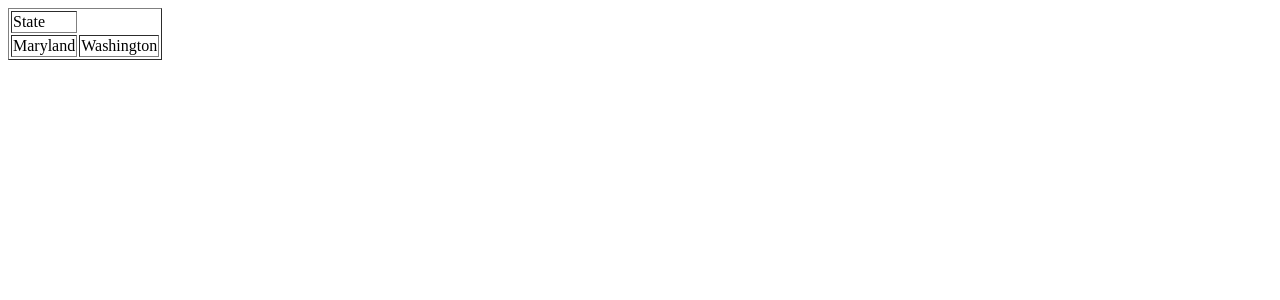
Repository: Kalecia24824/LocalRepo
Page: Front-End/College/Web-Development/Intro Into Web Development/My Own Activites/ListOfPlaces.html
The author's editor kept a record of every edit. The page is drawn from the files as they stood at one moment, then again after the next edit.
The browser window is 1280 px wide. The pictures show the whole page.

Above is the page before.

### Front-End/College/Web-Development/Intro Into Web Development/My Own Activites/ListOfPlaces.html
<table border=“1”>
    <tr>
        <td>State</td>
    </tr>
    <tr>
        <td>Maryland</td>
        <td>Washington</td>
    </tr>
</table>

After the next edit:
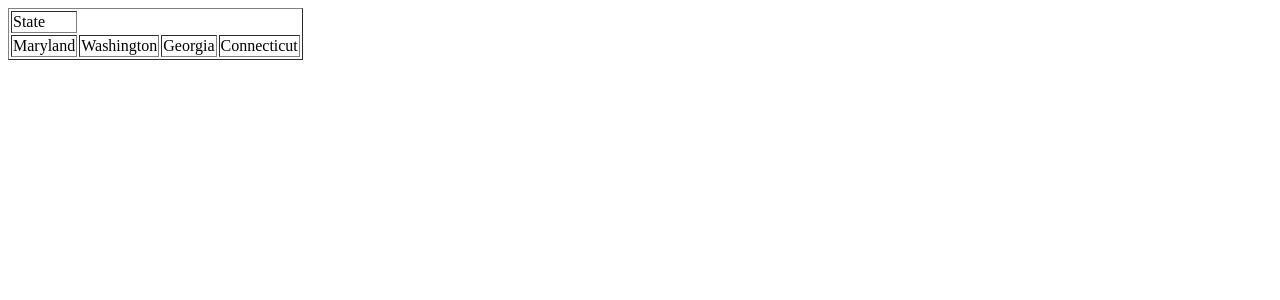
The edit:
--- a/Front-End/College/Web-Development/Intro Into Web Development/My Own Activites/ListOfPlaces.html
+++ b/Front-End/College/Web-Development/Intro Into Web Development/My Own Activites/ListOfPlaces.html
@@ -5,5 +5,7 @@
     <tr>
         <td>Maryland</td>
         <td>Washington</td>
+        <td>Georgia</td>
+        <td>Connecticut</td>
     </tr>
 </table>
